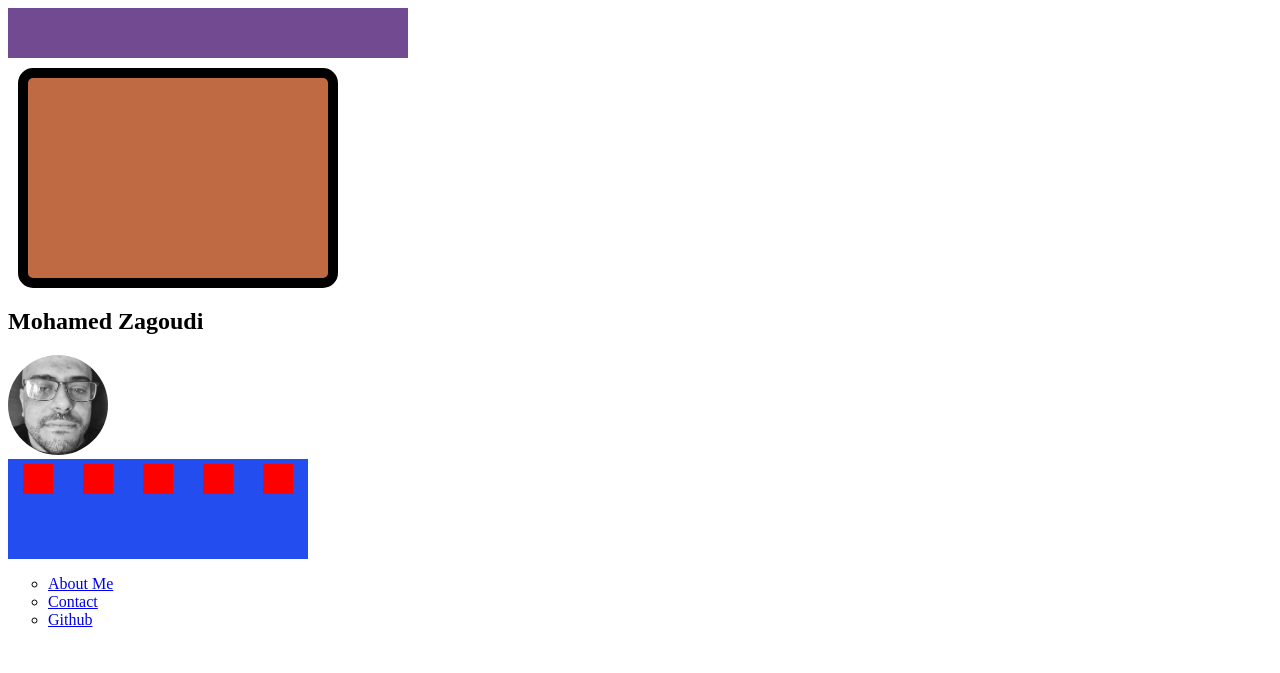
Repository: Mohzagou/Eersteportofolio
Page: index.html
These files come from the project's save history. The page is drawn as it stood at one moment and after the next save; the edit follows.
The browser window is 1280 px wide. The pictures show the whole page.

Above is the page before, as saved 2022-06-07 19:38:27.

### index.html
<!DOCTYPE html>

<head>
    <link rel="stylesheet" href="styles.css" />
    <meta charset="UTF-8">

    <title>Document</title>
</head>

<body>

    <header></header>
    <div class="about-me"></div>
    <h2 id="name">Mohamed Zagoudi</h2>
    <img class="avatar" src="images/67gwzvy.jpeg" alt="Mohamed Zagoudi headshot " />
    <div>
        <section>
            <div class="test"></div>
            <div class="test"></div>
            <div class="test"></div>
            <div class="test"></div>
            <div class="test"></div>
        </section>
        <footer>
            <ul style="list-style-type: circle ">
                <li><a href=" ">About Me</a></li>
                <li><a href=" ">Contact</a></li>
                <li><a href="https://github.com/Mohzagou ">Github</a></li>

            </ul>
        </footer>



</body>



</html>

### styles.css
header {
    width: 400px;
    height: 50px;
    background-color: rgb(113, 74, 145);
}

section {
    width: 300px;
    height: 100px;
    background-color: #234def;
    display: flex;
    flex-direction: row;
    flex-wrap: wrap;
    justify-content: space-around;
}

.about-me {
    width: 300px;
    height: 200px;
    background-color: rgb(177, 69, 21, 0.8);
    margin: 10px;
    border: solid black 10px;
    border-radius: 15px;
}

.avatar {
    width: 100px;
    border-radius: 50px;
}

#name {
    color: black;
}

.test {
    width: 30px;
    height: 30px;
    background-color: red;
    margin: 5px;
}

After the next save:
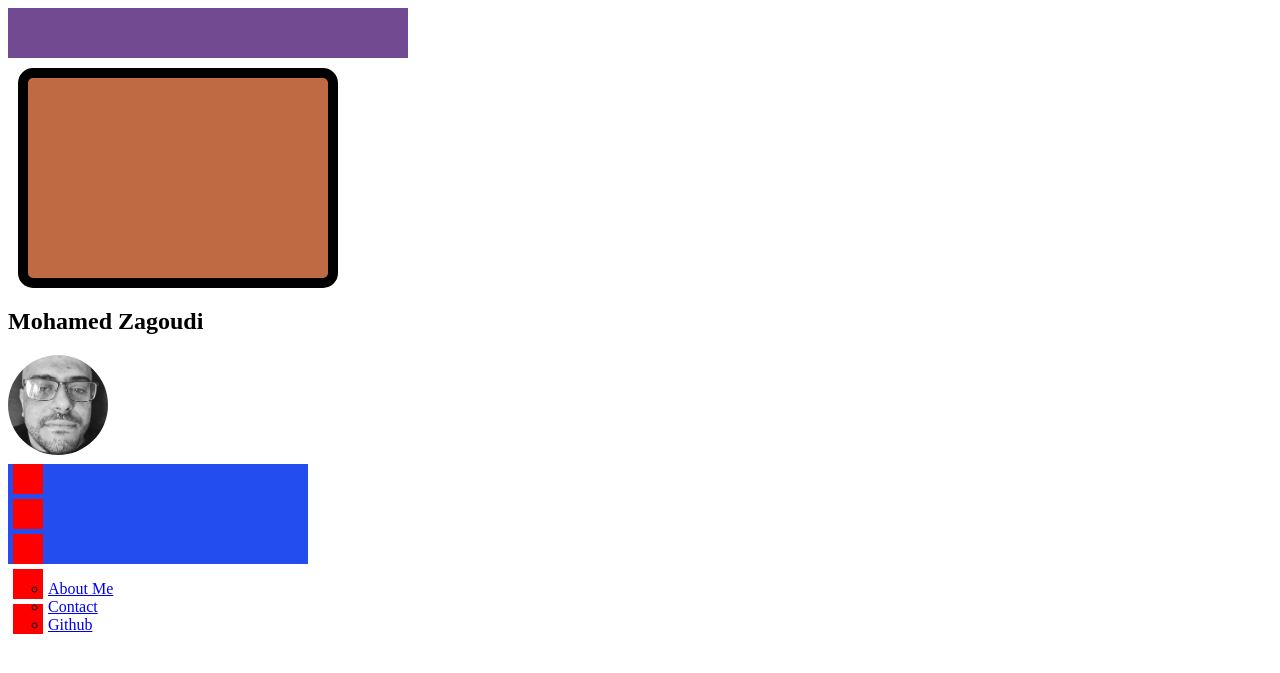
Saved 56 s later.
--- a/styles.css
+++ b/styles.css
@@ -8,10 +8,6 @@ section {
     width: 300px;
     height: 100px;
     background-color: #234def;
-    display: flex;
-    flex-direction: row;
-    flex-wrap: wrap;
-    justify-content: space-around;
 }
 
 .about-me {
